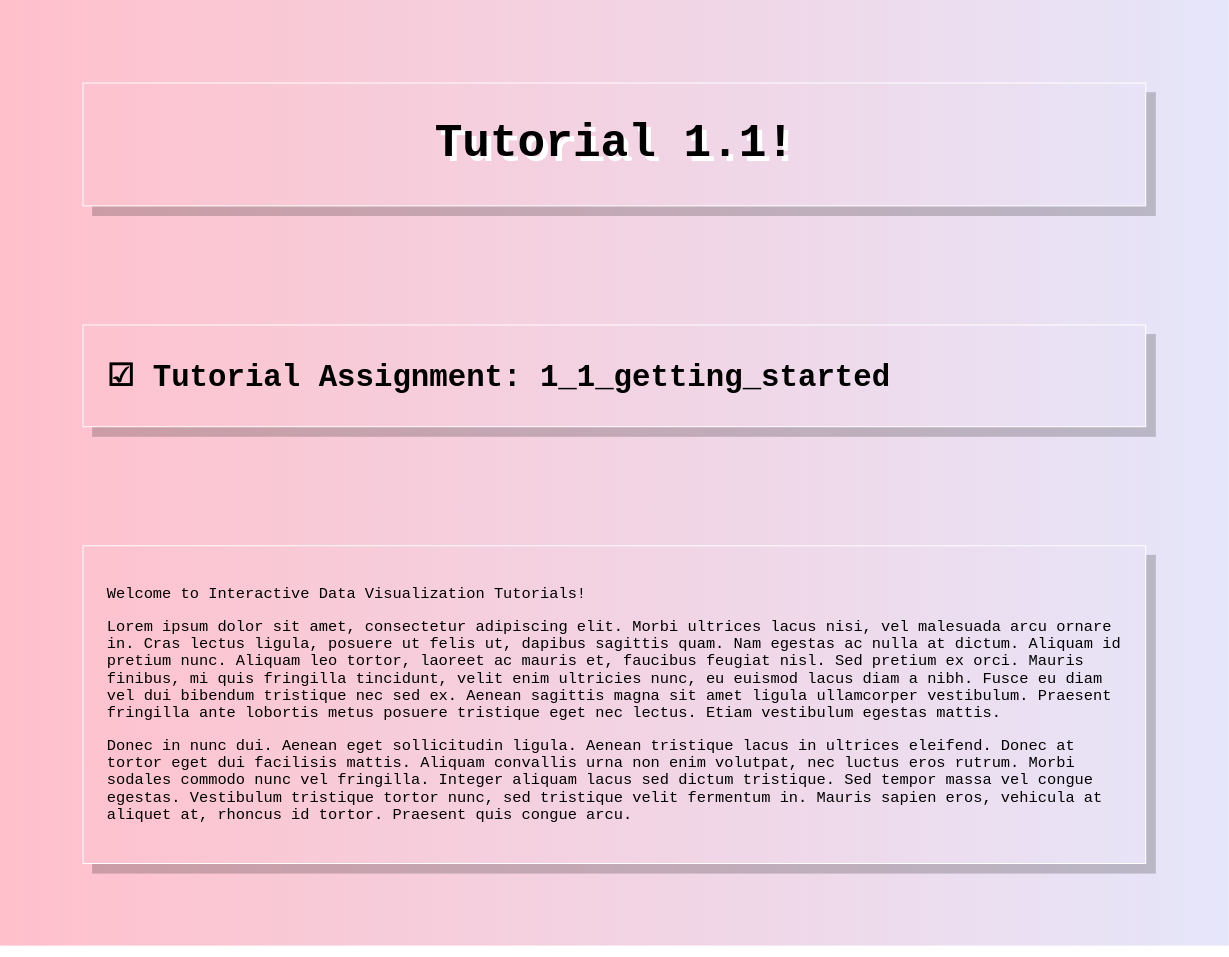
Repository: lisjak/Interactive-Data-Vis-Fall2022
Page: 1_1_getting_started/index.html
The author's editor kept a copy of each file at every save. The page is drawn from the files as they stood at one save, then again after the next save.
The browser window is 1280 px wide. The pictures show the whole page, at 96% of full size.
Some web fonts or font styles are not loaded; a fallback is used.

Above is the page before, as saved 2022-09-04 22:00:07.

### 1_1_getting_started/index.html
<!DOCTYPE html>

<head>
    <meta charset="utf-8">

    <title>Interactive Data Visualization Tutorial</title>

    <link rel="stylesheet" href="https://fonts.googleapis.com/css?family=Source+Sans+Pro">

    <link href="https://fonts.googleapis.com/css2?family=Azeret+Mono&display=swap" rel="stylesheet">

    <link rel="stylesheet" href="./style.css">
</head>

<body>
    <div>
        <h1>
            Tutorial 1.1!
        </h1>
    </div>
    <div>
        <h3>
            &#9745; Tutorial Assignment: 1_1_getting_started
        </h3>
    </div>
    <div>
        <p>
            Welcome to Interactive Data Visualization Tutorials!
        </p>

        <p>
            Lorem ipsum dolor sit amet, consectetur adipiscing elit. Morbi ultrices lacus nisi, vel malesuada arcu ornare in. Cras lectus ligula, posuere ut felis ut, dapibus sagittis quam. Nam egestas ac nulla at dictum. Aliquam id pretium nunc. Aliquam leo tortor,
            laoreet ac mauris et, faucibus feugiat nisl. Sed pretium ex orci. Mauris finibus, mi quis fringilla tincidunt, velit enim ultricies nunc, eu euismod lacus diam a nibh. Fusce eu diam vel dui bibendum tristique nec sed ex. Aenean sagittis magna
            sit amet ligula ullamcorper vestibulum. Praesent fringilla ante lobortis metus posuere tristique eget nec lectus. Etiam vestibulum egestas mattis.
        </p>

        <p>
            Donec in nunc dui. Aenean eget sollicitudin ligula. Aenean tristique lacus in ultrices eleifend. Donec at tortor eget dui facilisis mattis. Aliquam convallis urna non enim volutpat, nec luctus eros rutrum. Morbi sodales commodo nunc vel fringilla. Integer
            aliquam lacus sed dictum tristique. Sed tempor massa vel congue egestas. Vestibulum tristique tortor nunc, sed tristique velit fermentum in. Mauris sapien eros, vehicula at aliquet at, rhoncus id tortor. Praesent quis congue arcu.
        </p>
    </div>
</body>

</html>

### 1_1_getting_started/style.css
body {
    background-image: linear-gradient(to right, pink, lavender);
    font-family: 'Azeret Mono', monospace;
    font-size: 16px;
    padding: 1em;
    display: flex;
    flex-direction: column;
}

div {
    /* min-width: 100%; */
    align-items: center;
    justify-content: center;
    border: 1px solid white;
    padding: 2%;
    margin: 5%;
    box-shadow: 10px 10px 0px rgb(0 0 0 / 0.2);
}

h1 {
    font-size: 3em;
    margin: 0.25em 0;
    text-shadow: 5px 5px 0px white;
    text-align: center;
}

h3 {
    font-size: 2em;
    margin: 0.25em 0;
}

p {
    font-size: 1em;
    color: black;
}

After the next save:
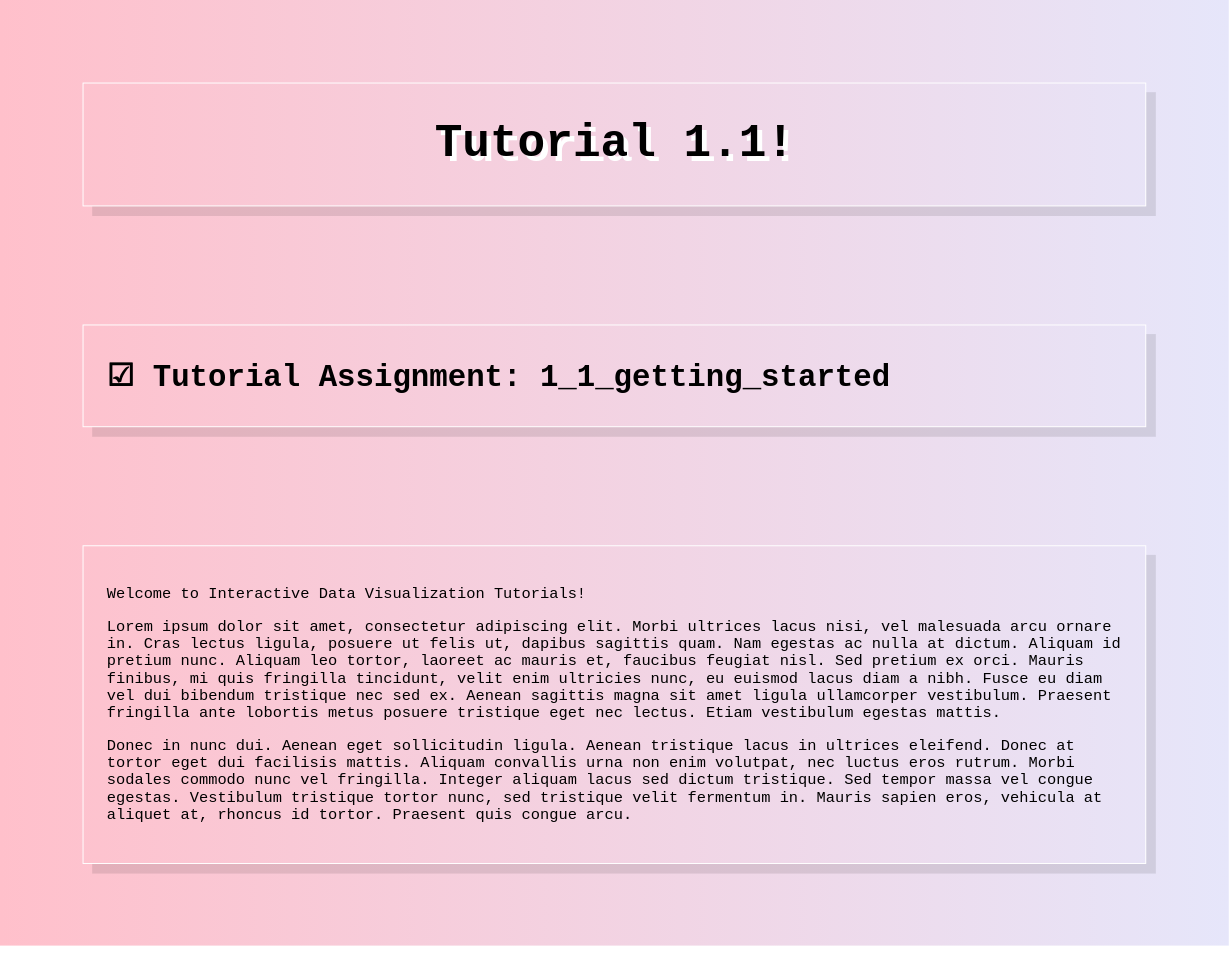
Saved 5 s later.
--- a/1_1_getting_started/style.css
+++ b/1_1_getting_started/style.css
@@ -14,7 +14,7 @@ div {
     border: 1px solid white;
     padding: 2%;
     margin: 5%;
-    box-shadow: 10px 10px 0px rgb(0 0 0 / 0.2);
+    box-shadow: 10px 10px 0px rgb(0 0 0 / 0.1);
 }
 
 h1 {
